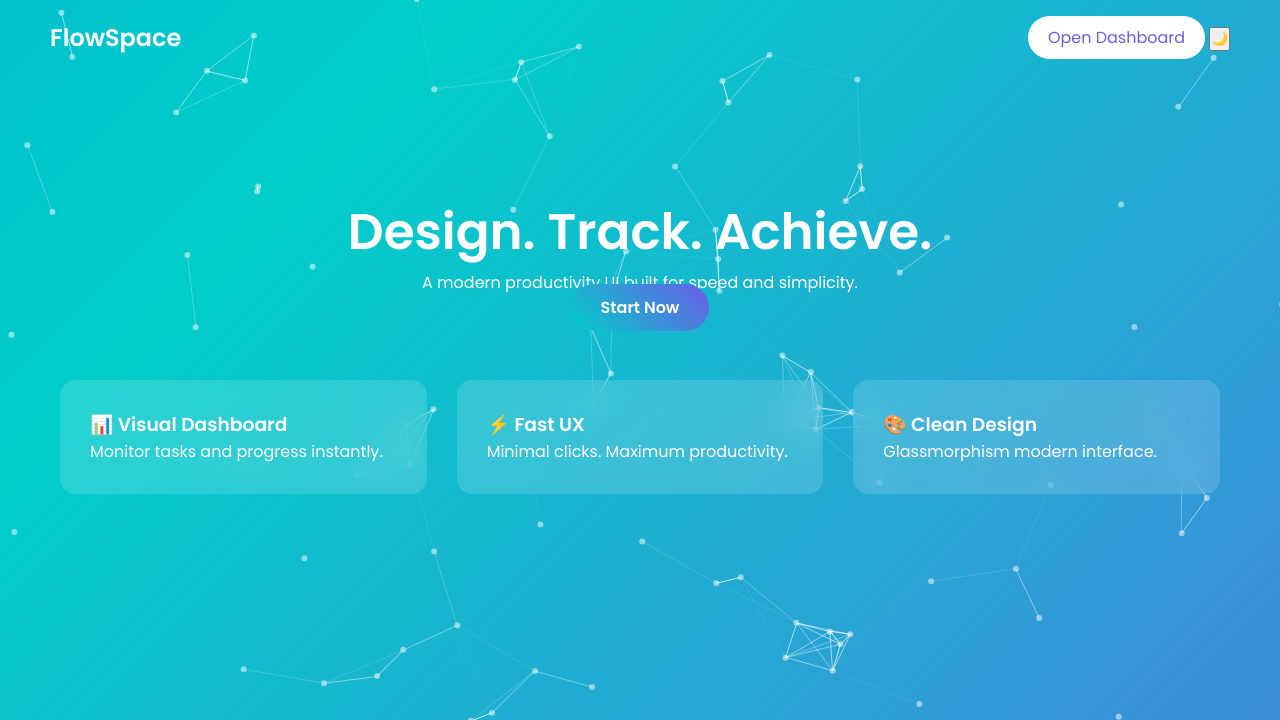
Repository: 07MADARA/flowspace-dashboard
Page: index.html
An editor plug-in stored every save of this project. The page is shown before and after a run of saves, followed by the edit.
The browser window is 1280 px wide. The pictures show the whole page.

Above is the page before, as saved 2026-03-15 10:04:33.

### index.html
<!DOCTYPE html>
<html>

<head>

<title>FlowSpace</title>

<link rel="stylesheet" href="css/style.css">

<link href="https://fonts.googleapis.com/css2?family=Poppins:wght@300;400;600&display=swap" rel="stylesheet">

</head>

<div id="particles-js"></div>

<script src="https://cdn.jsdelivr.net/npm/particles.js"></script>

<script>

particlesJS("particles-js",{

particles:{

number:{ value:80 },

color:{ value:"#ffffff" },

shape:{ type:"circle" },

opacity:{ value:0.5 },

size:{ value:3 },

move:{ speed:2 }

}

})

</script>

<body>

<nav>

<h2 class="logo">FlowSpace</h2>

<div class="nav-buttons">

<a href="dashboard.html" class="btn">Open Dashboard</a>

<button id="themeToggle">🌙</button>

</div>

</nav>

<section class="hero">

<h1>Design. Track. Achieve.</h1>

<p>A modern productivity UI built for speed and simplicity.</p>

<a href="dashboard.html" class="cta">Start Now</a>

</section>

<section class="features">

<div class="feature">
<h3>📊 Visual Dashboard</h3>
<p>Monitor tasks and progress instantly.</p>
</div>

<div class="feature">
<h3>⚡ Fast UX</h3>
<p>Minimal clicks. Maximum productivity.</p>
</div>

<div class="feature">
<h3>🎨 Clean Design</h3>
<p>Glassmorphism modern interface.</p>
</div>

</section>

<script src="js/script.js"></script>

</body>
</html>

### css/style.css
html{
scroll-behavior:smooth;
}

#particles-js{

position:fixed;

width:100%;

height:100%;

z-index:-1;

}
*{
margin:0;
padding:0;
box-sizing:border-box;
font-family:Poppins;
}

body{
margin:0;
font-family:Poppins;

background: linear-gradient(-45deg,#6C5CE7,#00CEC9,#0984e3,#6C5CE7);
background-size:400% 400%;
animation:gradientBG 12s ease infinite;

color:white;
min-height:100vh;
}

@keyframes gradientBG{

0%{background-position:0% 50%;}
50%{background-position:100% 50%;}
100%{background-position:0% 50%;}

}

/* NAVBAR */

nav{

display:flex;
justify-content:space-between;
align-items:center;

padding:20px 50px;

}

.btn{

background:white;
color:#6C5CE7;

padding:10px 20px;

border-radius:25px;

text-decoration:none;

}

/* HERO */

.hero{

text-align:center;

margin-top:120px;

}

.hero h1{

font-size:50px;

}

.cta{

background:linear-gradient(45deg,#00cec9,#6c5ce7);

padding:12px 30px;

border-radius:30px;

color:white;

text-decoration:none;

font-weight:600;

transition:0.3s;

}

.cta:hover{

transform:scale(1.08);

}

/* FEATURES */

.features{

display:grid;

grid-template-columns:repeat(auto-fit,minmax(250px,1fr));

gap:30px;

padding:60px;

}

.feature{

background:rgba(255,255,255,0.15);

padding:30px;

border-radius:15px;

backdrop-filter:blur(15px);

transition:0.4s;

}

.feature:hover{

transform:translateY(-12px) scale(1.03);

}

/* DASHBOARD */

.dashboard-container{

display:flex;

}

.sidebar{

width:220px;

background:rgba(0,0,0,0.3);

height:100vh;

padding:30px;

}

.sidebar ul{

list-style:none;

margin-top:30px;

}

.sidebar li{

margin:15px 0;

cursor:pointer;

}

.main{

flex:1;

padding:40px;

}

.cards{

display:grid;

grid-template-columns:repeat(auto-fit,minmax(200px,1fr));

gap:20px;

margin-bottom:40px;

}

.card{

background:white;

color:black;

padding:25px;

border-radius:12px;

box-shadow:0 10px 20px rgba(0,0,0,0.2);

transition:0.3s;

}

.card:hover{

transform:scale(1.05);

}

/* MOBILE */

@media(max-width:768px){

.dashboard-container{

flex-direction:column;

}

.sidebar{

width:100%;
height:auto;

}

}

.card{

animation:fadeIn 1.2s ease;

}

### js/script.js
const toggle = document.getElementById("themeToggle")

if(toggle){

toggle.addEventListener("click",()=>{

document.body.classList.toggle("dark")

})

}

/* Chart */

const ctx = document.getElementById('chart')

if(ctx){

new Chart(ctx,{

type:'bar',

data:{

labels:['Mon','Tue','Wed','Thu','Fri'],

datasets:[{

label:'Productivity',

data:[5,7,4,8,6]

}]

}

})

}

After the next 2 saves:
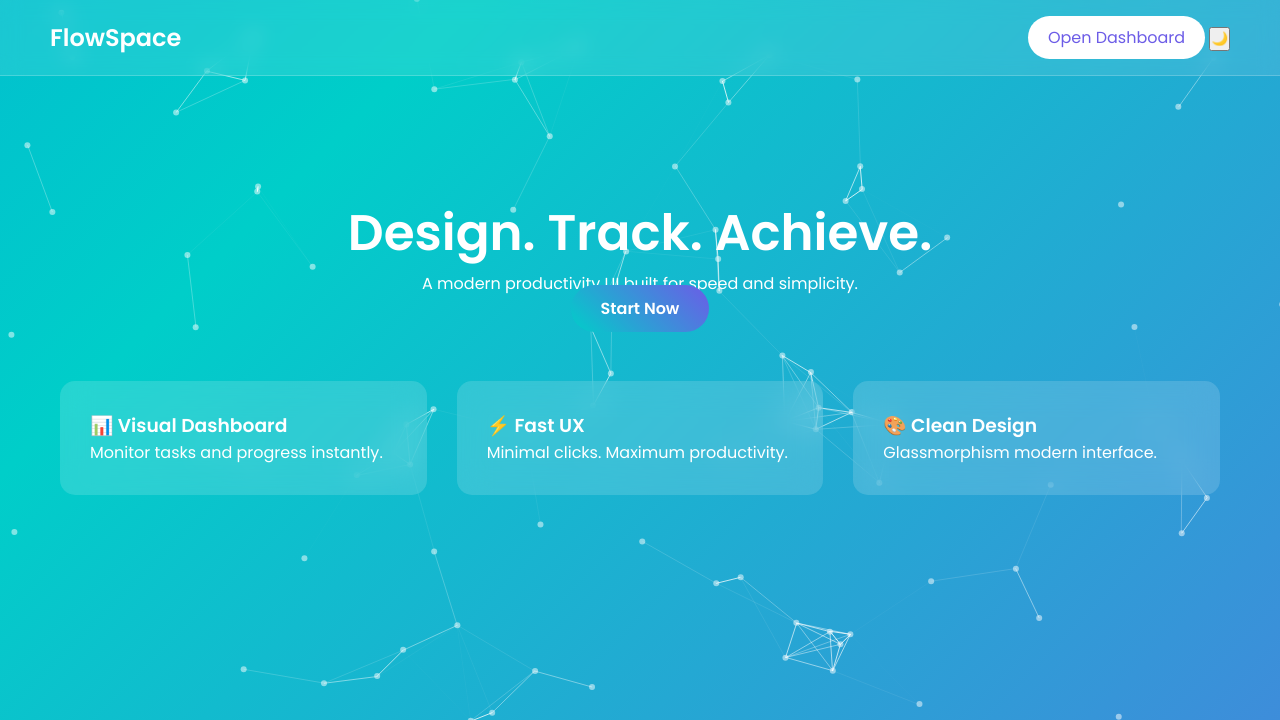
The 2 saves are shown as one change because they came seconds apart.
The last was saved 21 s later.
--- a/css/style.css
+++ b/css/style.css
@@ -50,6 +50,14 @@ align-items:center;
 
 padding:20px 50px;
 
+position:sticky;
+top:0;
+
+background:rgba(255,255,255,0.1);
+backdrop-filter:blur(10px);
+
+border-bottom:1px solid rgba(255,255,255,0.2);
+
 }
 
 .btn{
